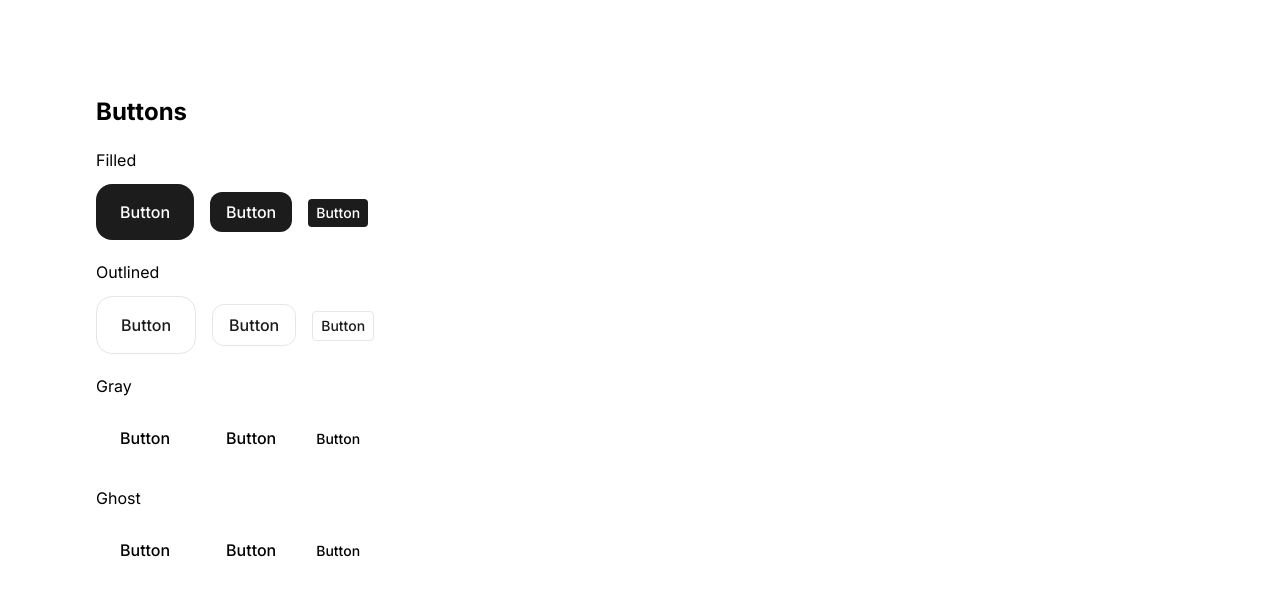
Repository: ggonzaga29/polarized-dashboard
Page: /
An editor plug-in stored every save of this project. The page is shown before and after the next save, followed by the edit.
The browser window is 1280 px wide. The pictures show the whole page.
The project was rebuilt for these pictures with package versions that can differ from the ones it lists, and the page was loaded fresh each time. The framework's server and built-in components were replaced by stand-ins that run in the browser. Also part of the build but not shown: next.config.js.

Above is the page before, as saved 2023-08-04 00:20:06.

### src/app/layout.jsx
import './globals.css';
import { Inter } from 'next/font/google';
import { ThemeProvider } from '@/context/theme-provider';

const inter = Inter({ subsets: ['latin'] });

export const metadata = {
  title: 'Polarized | Dashboard',
};

export default function RootLayout({ children }) {
  return (
    <html lang="en">
      <body className={inter.className}>
        <ThemeProvider attribute="class" defaultTheme="system" enableSystem>
          {children}
        </ThemeProvider>
      </body>
    </html>
  );
}

### src/app/page.jsx
import Image from 'next/image';
import { Button } from '@/components/ui/button';

export default function Home() {
  return (
    <main className="min-h-screen flex-col items-center justify-between p-24 space-y-5">
			<h1 className='text-2xl font-bold'>Buttons</h1>
      <div>
        <h2>Filled</h2>
        <div className="space-x-4 mt-3">
          <Button variant="filled" size="lg">
            Button
          </Button>
          <Button variant="filled" size="md">
            Button
          </Button>
          <Button variant="filled" size="sm">
            Button
          </Button>
        </div>
      </div>
      <div>
        <h2>Outlined</h2>
        <div className="space-x-4 mt-3">
          <Button variant="outlined" size="lg">
            Button
          </Button>
          <Button variant="outlined" size="md">
            Button
          </Button>
          <Button variant="outlined" size="sm">
            Button
          </Button>
        </div>
      </div>
      <div>
        <h2>Gray</h2>
        <div className="space-x-4 mt-3">
          <Button variant="gray" size="lg">
            Button
          </Button>
          <Button variant="gray" size="md">
            Button
          </Button>
          <Button variant="gray" size="sm">
            Button
          </Button>
        </div>
      </div>
      <div>
        <h2>Ghost</h2>
        <div className="space-x-4 mt-3">
          <Button variant="ghost" size="lg">
            Button
          </Button>
          <Button variant="ghost" size="md">
            Button
          </Button>
          <Button variant="ghost" size="sm">
            Button
          </Button>
        </div>
      </div>
    </main>
  );
}

### src/app/globals.css
@tailwind base;
@tailwind components;
@tailwind utilities;

@layer base {
  :root {
    /* --background: 0 0% 100%;
    --foreground: 240 10% 3.9%;

    --muted: 240 4.8% 95.9%;
    --muted-foreground: 240 3.8% 46.1%;

    --popover: 0 0% 100%;
    --popover-foreground: 240 10% 3.9%;

    --card: 0 0% 100%;
    --card-foreground: 240 10% 3.9%;

    --border: 240 5.9% 90%;
    --input: 240 5.9% 90%;

    --primary: 240 5.9% 10%;
    --primary-foreground: 0 0% 98%;

    --secondary: 240 4.8% 95.9%;
    --secondary-foreground: 240 5.9% 10%;

    --accent: 240 4.8% 95.9%;
    --accent-foreground: 240 5.9% 10%;

    --destructive: 0 84.2% 60.2%;
    --destructive-foreground: 0 0% 98%;

    --ring: 240 5% 64.9%;

    --radius: 0.5rem; */

    /* 1C1C1C */
    --black-100: hsl(0, 0%, 11%);
    --black-80: hsl(0%, 11%, 80%);
		--black-40: hsl(0, 0%, 40%);
		--black-20: hsl(0, 0%, 20%);
		--black-10: hsl(0, 0%, 90%);
		--black-5: hsl(0, 0%, 95%);

    --white-100: hsl(0, 0%, 100%);
    --white-80: hsl(0, 0%, 80%);
    --white-40: hsl(0, 0%, 40%);
    --white-20: hsl(0, 0%, 20%);
    --white-10: hsl(0, 0%, 10%);
    --white-5: hsl(0, 0%, 5%);

    /* F7F9FB */
    --primary-light: hsl(210, 50%, 98%);
    /* E3F5FF */
    --primary-blue: hsl(210, 90%, 95%);
    /* E5ECF6 */
    --primary-purple: hsl(240, 20%, 90%);
    /* 1C1C1C */
    --primary-brand: hsl(0, 0%, 11%);

    /* 95A4FC */
    --secondary-purple-a: hsl(240, 60%, 75%);
    /* A8C5DA */
    --secondary-blue-a: hsl(200, 30%, 75%);
    /* E3F5FF */
    --secondary-blue-b: hsl(210, 90%, 95%);
    /* A1E3CB */
    --secondary-green-a: hsl(160, 70%, 75%);
    /* BAEDBD */
    --secondary-green-b: hsl(100, 40%, 75%);
    /* FFE999 */
    --secondary-yellow: hsl(50, 100%, 75%);
    /* FF4747 */
    --secondary-red: hsl(0, 100, 64);
  }

  .dark {
    /* --background: 240 10% 3.9%;
    --foreground: 0 0% 98%;

    --muted: 240 3.7% 15.9%;
    --muted-foreground: 240 5% 64.9%;

    --popover: 240 10% 3.9%;
    --popover-foreground: 0 0% 98%;

    --card: 240 10% 3.9%;
    --card-foreground: 0 0% 98%;

    --border: 240 3.7% 15.9%;
    --input: 240 3.7% 15.9%;

    --primary: 0 0% 98%;
    --primary-foreground: 240 5.9% 10%;

    --secondary: 240 3.7% 15.9%;
    --secondary-foreground: 0 0% 98%;

    --accent: 240 3.7% 15.9%;
    --accent-foreground: 0 0% 98%;

    --destructive: 0 62.8% 30.6%;
    --destructive-foreground: 0 85.7% 97.3%;

    --ring: 240 3.7% 15.9%; */
  }
}

### src/components/ui/button.jsx
import React from 'react';
import { cva } from 'class-variance-authority';
import { twMerge } from 'tailwind-merge';

const button = cva(
  [
    'inline-flex items-center gap-2 justify-center font-medium transition-colors disabled:pointer-events-none disabled:opacity-50',
  ],
  {
    variants: {
      variant: {
        filled: ['bg-primary-brand', 'text-white', "hover:bg-[#2C2C2C]"],
				outlined: ['border border-black-10', 'text-[#1C1C1C]', 'hover:border-black-80'],
				gray: ['bg-black-100/90', 'text-black', 'hover:bg-black-100/10'],
				ghost: ['text-black'	],
      },

      size: {
        sm: ['px-2', 'py-1', 'rounded', "text-sm"],
        md: ['px-4', 'py-2', 'rounded-xl'],
        lg: ['px-6', 'py-4', 'rounded-2xl'],
      },
    },
  },
);

const Button = ({ variant, size, className, children }) => {
  if (!variant) variant = 'primary';
  if (!size) size = 'md';

  return (
    <button className={twMerge(button({ variant, size }), className)}>
      {children}
    </button>
  );
};

Button.displayName = 'Button';

export { Button };

### tailwind.config.js
/** @type {import('tailwindcss').Config} */
module.exports = {
	darkMode: ["class"],
	content: [
		'./pages/**/*.{js,jsx}',
		'./components/**/*.{js,jsx}',
		'./app/**/*.{js,jsx}',
		'./src/**/*.{js,jsx}',
	],
	theme: {
		// container: {
		//   center: true,
		//   padding: "2rem",
		//   screens: {
		//     "2xl": "1400px",
		//   },
		// },
		extend: {
			colors: {

				// --black-100: hsl(0, 0%, 11%);
				// --black-80: hsl(0%, 11%, 80%);

				// --white-100: hsl(0, 0%, 100%);
				// --white-80: hsl(0, 0%, 80%);
				// --white-40: hsl(0, 0%, 40%);
				// --white-20: hsl(0, 0%, 20%);
				// --white-10: hsl(0, 0%, 10%);
				// --white-5: hsl(0, 0%, 5%);


				black: {
					100: "var(--black-100)",
					80: "var(--black-80)",
					40: "var(--black-40)",
					20: "var(--black-20)",
					10: "var(--black-10)",
					5: "var(--black-5)",
				},

				primary: {
					brand: "var(--primary-brand)",
				}


				// border: "hsl(var(--border))",
				// input: "hsl(var(--input))",
				// ring: "hsl(var(--ring))",
				// background: "hsl(var(--background))",
				// foreground: "hsl(var(--foreground))",
				// primary: {
				//   DEFAULT: "hsl(var(--primary))",
				//   foreground: "hsl(var(--primary-foreground))",
				// },
				// secondary: {
				//   DEFAULT: "hsl(var(--secondary))",
				//   foreground: "hsl(var(--secondary-foreground))",
				// },
				// destructive: {
				//   DEFAULT: "hsl(var(--destructive))",
				//   foreground: "hsl(var(--destructive-foreground))",
				// },
				// muted: {
				//   DEFAULT: "hsl(var(--muted))",
				//   foreground: "hsl(var(--muted-foreground))",
				// },
				// accent: {
				//   DEFAULT: "hsl(var(--accent))",
				//   foreground: "hsl(var(--accent-foreground))",
				// },
				// popover: {
				//   DEFAULT: "hsl(var(--popover))",
				//   foreground: "hsl(var(--popover-foreground))",
				// },
				// card: {
				//   DEFAULT: "hsl(var(--card))",
				//   foreground: "hsl(var(--card-foreground))",
				// },
			},
			borderRadius: {
				// lg: "var(--radius)",
				// md: "calc(var(--radius) - 2px)",
				// sm: "calc(var(--radius) - 4px)",
			},
			keyframes: {
				// "accordion-down": {
				//   from: { height: 0 },
				//   to: { height: "var(--radix-accordion-content-height)" },
				// },
				// "accordion-up": {
				//   from: { height: "var(--radix-accordion-content-height)" },
				//   to: { height: 0 },
				// },
			},
			animation: {
				// "accordion-down": "accordion-down 0.2s ease-out",
				// "accordion-up": "accordion-up 0.2s ease-out",
			},
		},
	},
	plugins: [require("tailwindcss-animate")],
}

Loaded but not shown: src/context/theme-provider.jsx (common file)

After the next save:
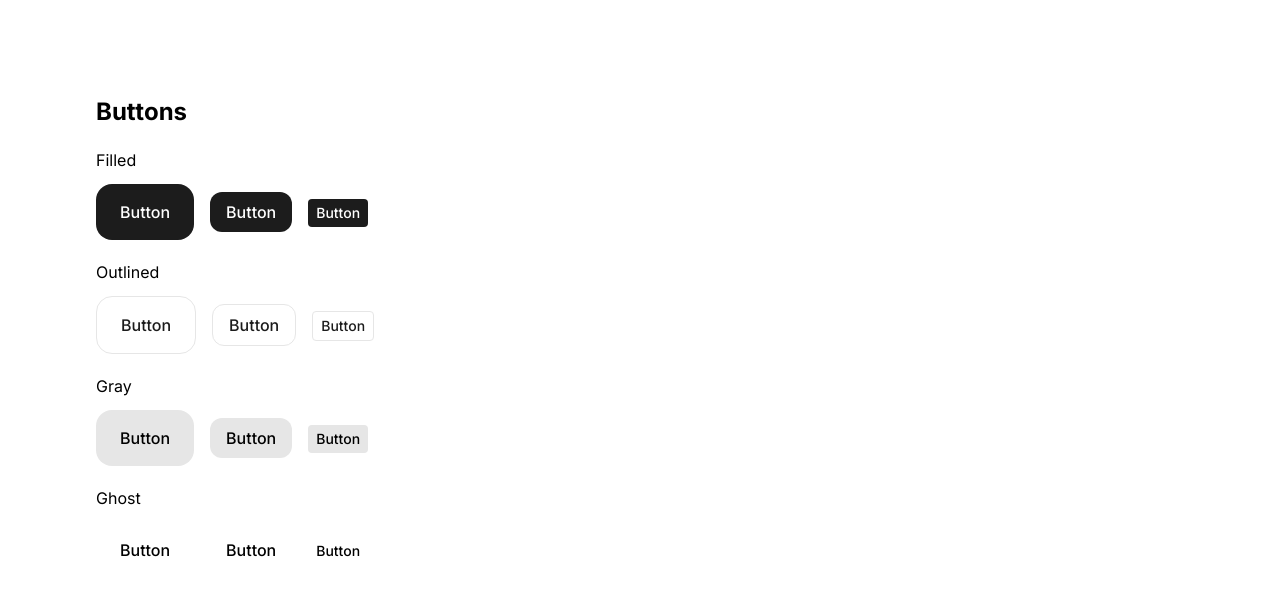
Saved 25 s later.
--- a/src/components/ui/button.jsx
+++ b/src/components/ui/button.jsx
@@ -11,7 +11,7 @@ const button = cva(
       variant: {
         filled: ['bg-primary-brand', 'text-white', "hover:bg-[#2C2C2C]"],
 				outlined: ['border border-black-10', 'text-[#1C1C1C]', 'hover:border-black-80'],
-				gray: ['bg-black-100/90', 'text-black', 'hover:bg-black-100/10'],
+				gray: ['bg-black-10', 'text-black', 'hover:bg-black-100/10'],
 				ghost: ['text-black'	],
       },
 
